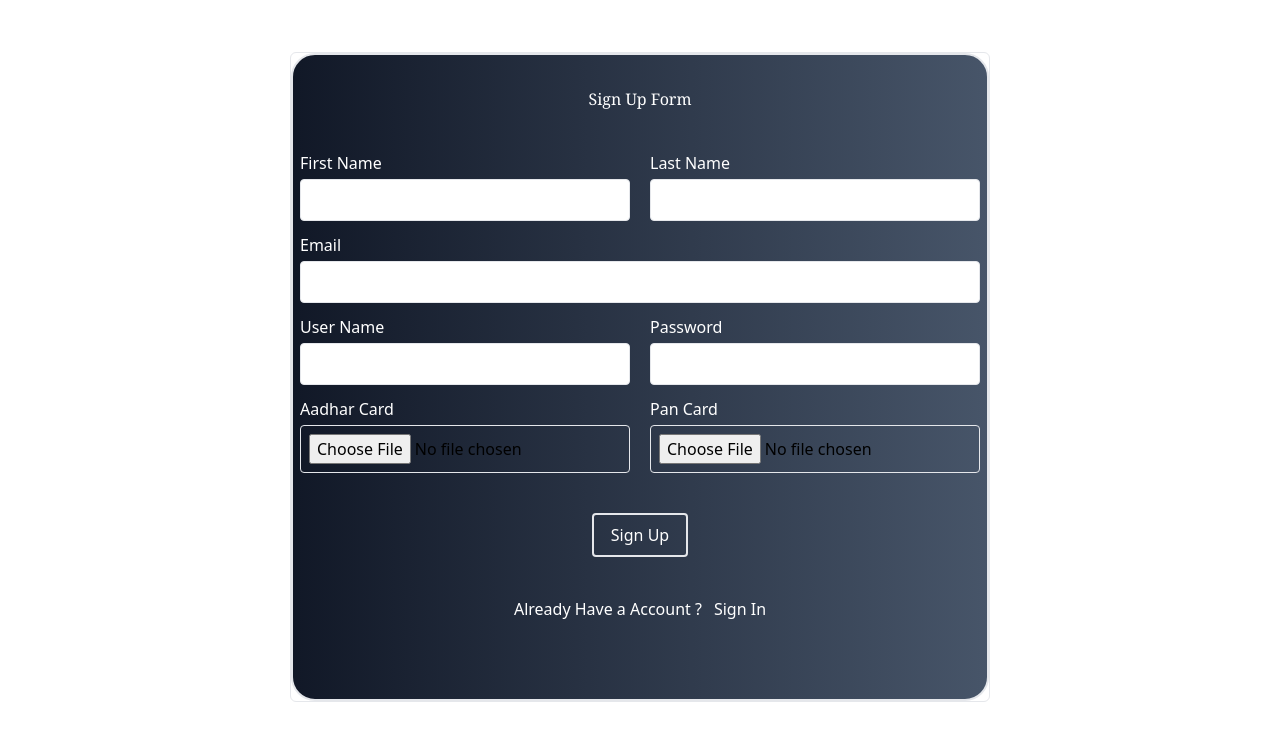
Repository: OmkarTidke8080/Assessment
Page: /sign-up (app in frontend/)
The author's editor kept a copy of each file at every save. The page is drawn from the files as they stood at one save, then again after the next save.
The browser window is 1280 px wide. The pictures show the whole page.
The project was rebuilt for these pictures with package versions that can differ from the ones it lists, and the page was loaded fresh each time. Also part of the build but not shown: frontend/vite.config.js, frontend/src/components/HomePage.jsx.

Above is the page before, as saved 2024-10-19 18:49:03.

After the next save:
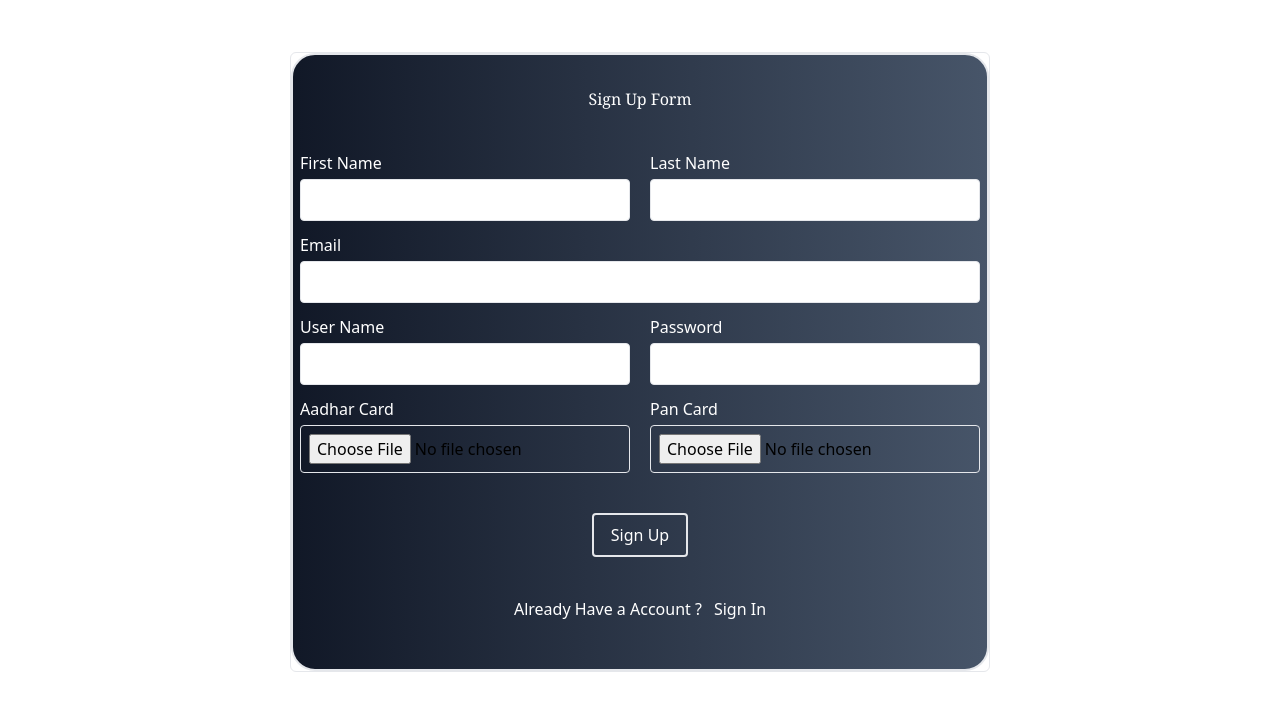
Saved 6 s later.
--- a/frontend/src/components/SignUp.jsx
+++ b/frontend/src/components/SignUp.jsx
@@ -4,7 +4,7 @@ function SignUp() {
   return (
     <>
       <div className="flex justify-center items-center mt-5">
-        <div className="flex border  rounded-md h-[650px] w-[700px]">
+        <div className="flex border  rounded-md h-[620px] w-[700px]">
           <div className="form border-2 rounded-3xl text-white w-full bg-gradient-to-r from-gray-900 to-slate-600 ">
             <div className="form-heading font-medium font-serif mt-8">
               <h1>Sign Up Form</h1>
